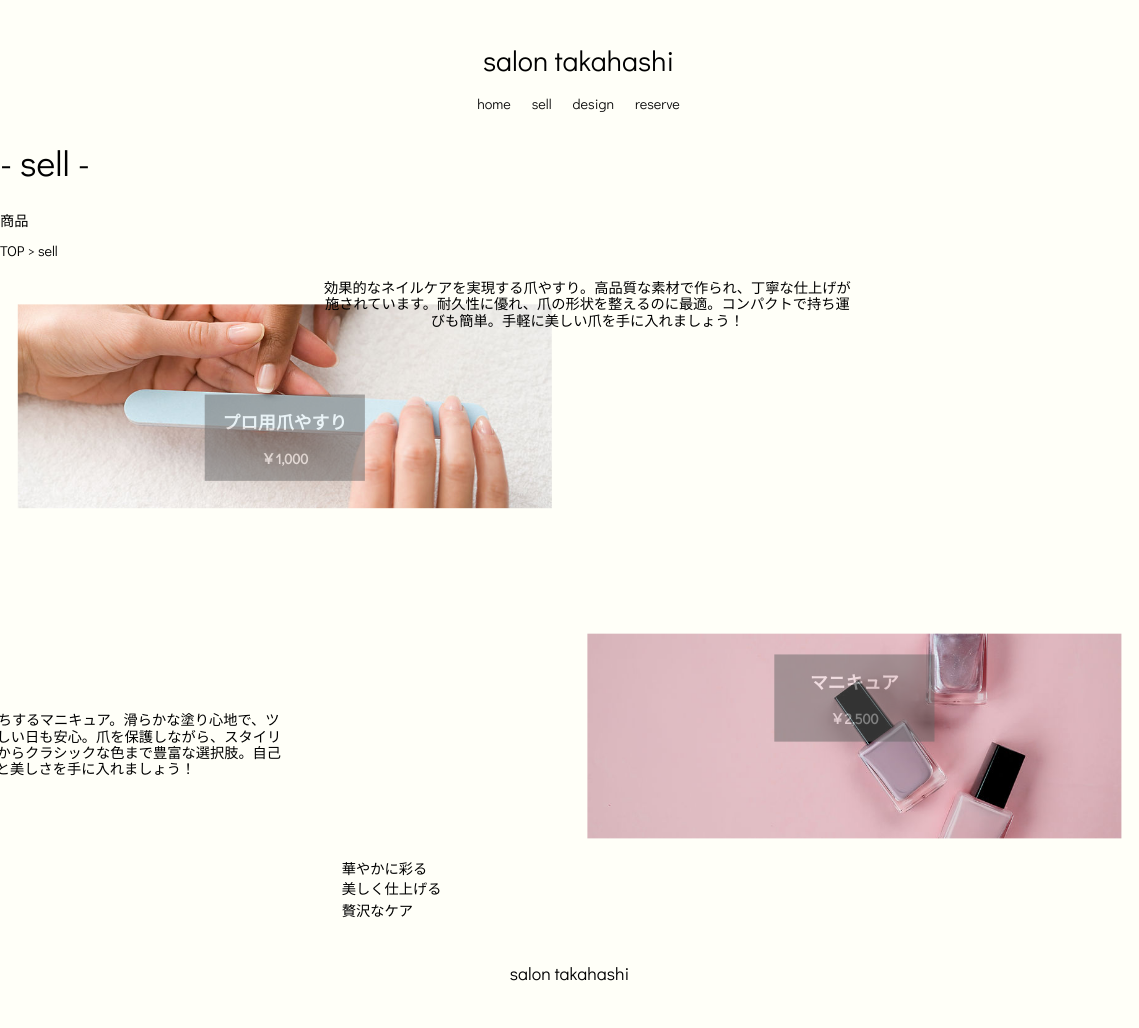
Repository: yukitakahashi1002/salontakahashi-
Page: sell.html
The author's editor kept a copy of each file at every save. The page is drawn from the files as they stood at one save, then again after the next save.
The browser window is 1280 px wide. The pictures show the whole page, at 89% of full size.

Above is the page before, as saved 2023-08-02 02:21:41.

### sell.html
<!DOCTYPE html>
<html>
<head>
    <title>Salon Takahashi - sell 商品 -</title>
    <meta charset="utf-8">
    <meta name="description" content="サロンタカハシの販売商品です">
    <meta name="viewport" content="width=device-width, initial-scale=1.0">
    <link rel="stylesheet" href='https://fonts.googleapis.com/css?family=Didact Gothic'>
    <link rel="stylesheet" href="css/normalize.css">
    <link rel="stylesheet" href="css/style.css">
</head>
<body>
    <!-- ヘッダー -->
    <header>
        <!-- サイトタイトル -->
        <h1>salon takahashi</h1>

        <!-- PC用ナビゲーション -->
        <nav id="nav-pc">
            <a href="/">home</a>
            <a href="sell.html">sell</a>
            <a href="design.html">design</a>
            <a href="reserve.html">reserve</a>
        </nav>
    </header>
    <main>
        <article>
            <!-- menu -->
            <section id="sell">
                <div class="sell-title">
                    <h2>- sell -</h2>
                    <p>商品</p>
                    <div>TOP > sell</div>
                </div>
                <div id="menu-flex">
                    <div class="menu-flex-left">
                        <img id="menu-photo1" src="images/5bf6e16609554325bf973714113b2404.jpg" alt="プロ用爪やすり">
                        <div class="placebox-left">
                            <h3>プロ用爪やすり</h3>
                            <p>￥1,000</p>
                        </div>
                        <div class="sell-description-left">
                            <p>
                                鮮やかなカラーバリエーションと長持ちするマニキュア。滑らかな塗り心地で、ツヤやかな仕上がりを実現。速乾性で忙しい日も安心。爪を保護しながら、スタイリッシュな指先を演出。トレンドカラーからクラシックな色まで豊富な選択肢。自己表現の一環として、自信と美しさを手に入れましょう！
                            </p>
                        </div>
                    </div>
                    <div class="menu-flex-right">
                        <img id="menu-photo2" src="images/11062b_7d27fc5c07e74960b3757fe48325ce2c~mv2_d_6240_4160_s_4_2.jpg" alt="マニュキュア" >
                        <div class="placebox-right">
                            <h3>マニキュア</h3>
                            <p>￥2,500</p>
                        </div>
                        <div class="sell-description-right">
                            <p>
                                効果的なネイルケアを実現する爪やすり。高品質な素材で作られ、丁寧な仕上げが施されています。耐久性に優れ、爪の形状を整えるのに最適。コンパクトで持ち運びも簡単。手軽に美しい爪を手に入れましょう！
                            </p>
                       </div>
                    </div>
                </div>
                <div class="menu-foot">
                    <p> 華やかに彩る</p>
                    <p> 美しく仕上げる</p>
                    <p> 贅沢なケア</p>
                </div>
            </section>
        </article>
        <footer>
            <div>

            </div>
        </footer>
    </main>
</body>
<footer>
    <p>salon takahashi</p>
</footer>
</html>

### css/style.css
@charset "utf-8";

/*
* *********************************
*　ページ全体に関わるのCSS設定
* *********************************
*/
html *,
::before,
::after {
    box-sizing: border-box;
}

html {
    font-size: 14px;
}
@media (min-width: 768px)  {
    html {
        font-size: 16px;
    }
}

body {
    font-family: 'Didact Gothic', sans-serif;
    background-color: #FFFFF8;
}

/* 標準的なリンクのテキストの色 */
a {
    color: #f30;
}



/*=============
PC用のスタイル
==============*/
/* 横幅設定 */
body {
    max-width: 1800px;
    min-width: 960px;
    margin: 0 auto 0 auto;
}

/* ヘッダー */
header {
    text-align: center;
    margin-top: 50px;
}
header > h1 {
    margin-left: 20px;
    font-weight: normal;
}

/* ナビゲーションのレイアウト */
#nav-pc > a:link {
    text-decoration: none;
    margin-left: 20px;
    color: #0d0d0d;
}

#nav-pc > a:visited {
    color: #0d0d0d;
}

#nav-pc > a:hover {
    color: #0d0d0d;
    text-decoration: underline;
}

#nav-pc > a:active {
    color: #0d0d0d;
}

/* メインビジュアル */
#main-visual {
    text-align: center;
}

#main-message > h1 {
    font-size: 60px;
    margin: 100px auto 0 auto;
    font-weight: normal;
}
#main-message > p {
    font-size: 20px;
}

#main-visual > img {
    margin: 80px auto 0 auto;
}

/* 見出し */
.section-title {
    text-align: center;
}
.section-title > P {
    margin-top: -20px;
}


h2 {
    font-weight: normal;
    font-size: 40px;
}

h3 {
    font-size: 20px;
}

/* メニュー */
#menu {
    margin: 100px auto 80px auto;
    width: 100%;
}

#menu-flex {
    width: 100%;
    display: flex;
}

#menu-flex > div {
    width: 50%;
    height: 600px;
    margin: 50px 20px 20px 20px;
}

.menu-flex-left {
    display: flex;
    align-items: flex-start;
    position: relative;
}

.menu-flex-left > img {
    width: 100%;
}

.placebox-left {
    width: 30%;
    position: absolute;
    top: 25%;
    left: 50%;
    -ms-transform: translate(-50%, -50%);
    -webkit-transform: translate(-50%, -50%);
    transform: translate(-50%, -50%);
    margin: 0;
    padding: 0;
    background-color: #666666;
    opacity: 0.5;
    color: #FFFFFF;
    text-align: center;
    font-weight: bold;
}

/* 商品ページの商品コメント */
.sell-description-left {
    width: 100%;
    position: absolute;
    bottom: 0;
    left: 0;
    -ms-transform: translate(-50%, -50%);
    -webkit-transform: translate(-50%, -50%);
    transform: translate(-50%, -50%);
    margin: 0;
    padding: 0;
    text-align: center;
}

.menu-flex-right {
    display: flex;
    align-items: flex-end;
    position: relative;
}


.menu-flex-right > img {
    width: 100%;
}

.placebox-right {
    width: 30%;
    position: absolute;
    bottom: 10%;
    right: 20%;
    -ms-transform: translate(-50%, -50%);
    -webkit-transform: translate(-50%, -50%);
    transform: translate(-50%, -50%);
    margin: 0;
    padding: 0;
    background-color: #666666;
    opacity: 0.5;
    color: #FFFFFF;
    text-align: center;
    font-weight: bold;
}

/* 商品ページの商品コメント */
.sell-description-right {
    width: 100%;
    position: absolute;
    top: 0;
    -ms-transform: translate(-50%, -50%);
    -webkit-transform: translate(-50%, -50%);
    transform: translate(-50%, -50%);
    margin: 0;
    padding: 0;
    text-align: center;
}


.menu-foot {
    text-align: left;
    width: 60%;
    margin: 0 0 0 30%;
}

.menu-foot p {
    margin: 5px 0 5px 0;
    font-size: 16px;
}

/* インフォメーション */
#information {
    margin: 100px auto 80px auto;
    width: 100%;
}

/* 表部分 */
/* height: 330px;効かない */
table {
    border-collapse:collapse;
    border-spacing: 0;
    height: 330px;
}

/* .information-table > td だと効かない */
.infomertion-left {
    width: 50%;
    height: 200px;
    background-color: #F2F2F2;
    text-align: center;
    vertical-align: center;
    line-height: 40px;
}

.infomertion-right {
    width: 50%;
    /* height: 200px; */
}

strong {
    font-size: 30px;
}

footer {
    margin: 50px auto;
    text-align: center;
}

footer p {
    font-size: 20px;
}

Loaded but not shown: css/normalize.css (library)

After the next save:
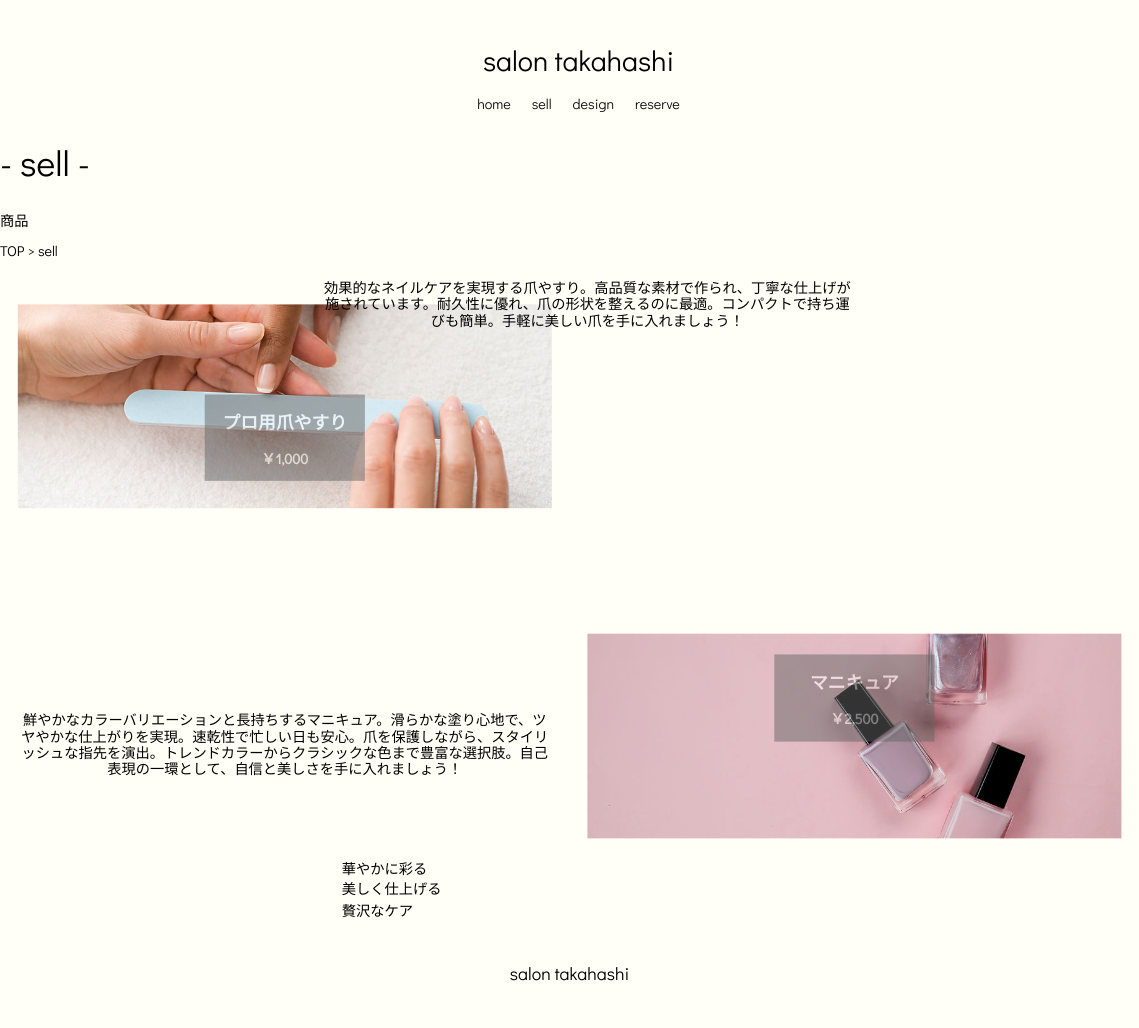
Saved 51 s later.
--- a/css/style.css
+++ b/css/style.css
@@ -157,7 +157,7 @@ h3 {
     width: 100%;
     position: absolute;
     bottom: 0;
-    left: 0;
+    left: 50%;
     -ms-transform: translate(-50%, -50%);
     -webkit-transform: translate(-50%, -50%);
     transform: translate(-50%, -50%);
